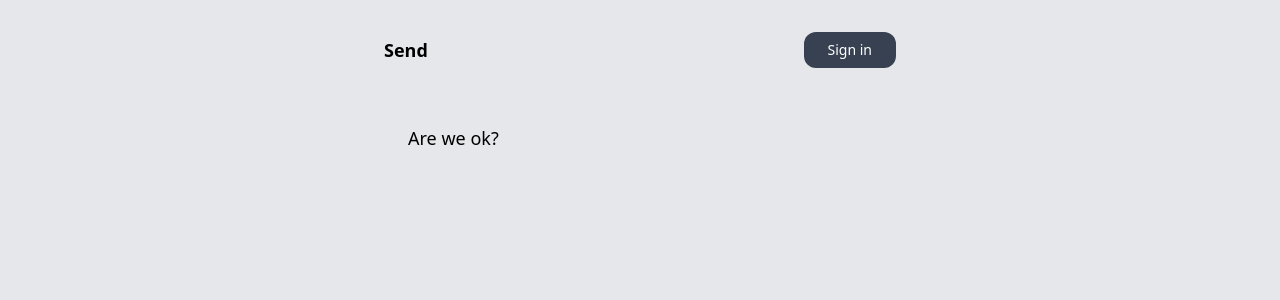
Repository: fatemesoleymanian/react
Page: / (app in next--experimental/postit/)
An editor plug-in stored every save of this project. The page is shown before and after the next save, followed by the edit.
The browser window is 1280 px wide. The pictures show the whole page.
The page's requests for data from a server got no answer. The project was rebuilt for these pictures with package versions that can differ from the ones it lists, and the page was loaded fresh each time. The framework's server and built-in components were replaced by stand-ins that run in the browser. No one was signed in, and anything a server would have sent is missing. Also part of the build but not shown: next--experimental/postit/next.config.js, next--experimental/postit/app/components/auth/Logged.tsx.

Above is the page before, as saved 2023-02-26 15:46:56.

After the next save:
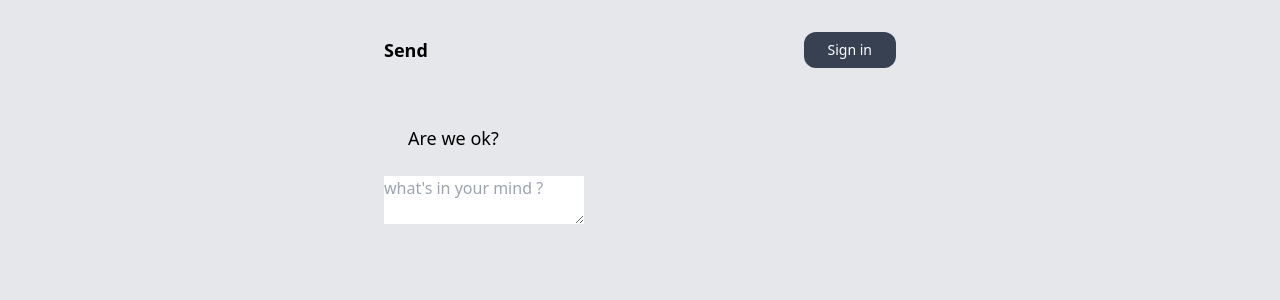
Saved 72 s later.
--- a/next--experimental/postit/app/page.tsx
+++ b/next--experimental/postit/app/page.tsx
@@ -1,8 +1,11 @@
+'use client';
+import AddPost from "./components/AddPost";
 
 export default function Home() {
   return (
     <main>
       <h1 className="text-lg p-6">Are we ok?</h1>
+      <AddPost />
     </main>
   )
 }
